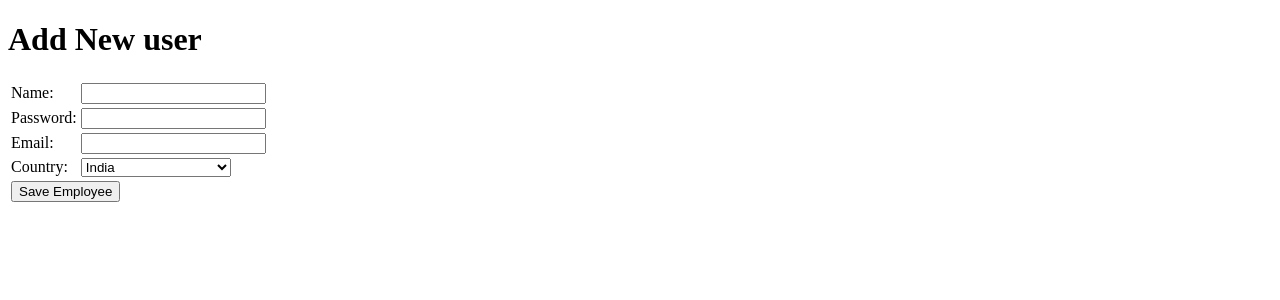
Repository: mubashirkhan1/Corejsvs__Programs
Page: basicprogram/TestWeb/WebContent/crud1.html
An editor plug-in stored every save of this project. The page is shown before and after the next save, followed by the edit.
The browser window is 1280 px wide. The pictures show the whole page.

Above is the page before, as saved 2021-03-11 00:31:52.

After the next save:
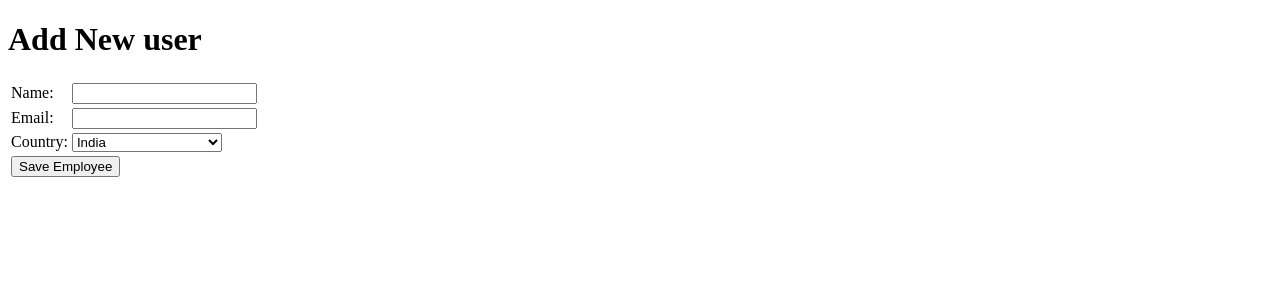
Saved 42 s later.
--- a/basicprogram/TestWeb/WebContent/crud1.html
+++ b/basicprogram/TestWeb/WebContent/crud1.html
@@ -13,7 +13,6 @@
 <form action=>
 <table>
 <tr><td>Name:</td><td><input type="text" name="name"/></td></tr>
-<tr><td>Password:</td><td><input type="password" name="password"/></td></tr>
 <tr><td>Email:</td><td><input type="email" name="email"/></td></tr>
 <tr><td>Country:</td><td>
 <select name="country" style="width:150px">
